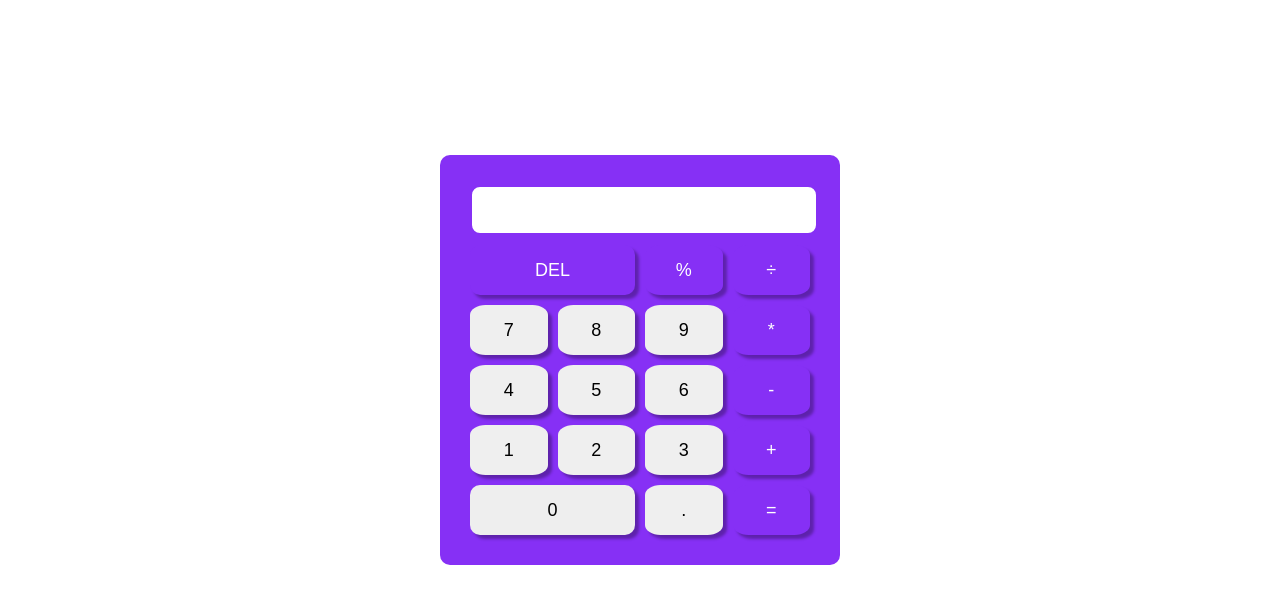
Repository: zlazlazla35/calculator
Page: /
These files come from the project's save history. The page is drawn as it stood at one moment and after the next save; the edit follows.
The browser window is 1280 px wide. The pictures show the whole page.
The project was rebuilt for these pictures with package versions that can differ from the ones it lists, and the page was loaded fresh each time.

Above is the page before, as saved 2024-10-15 16:36:48.

After the next save:
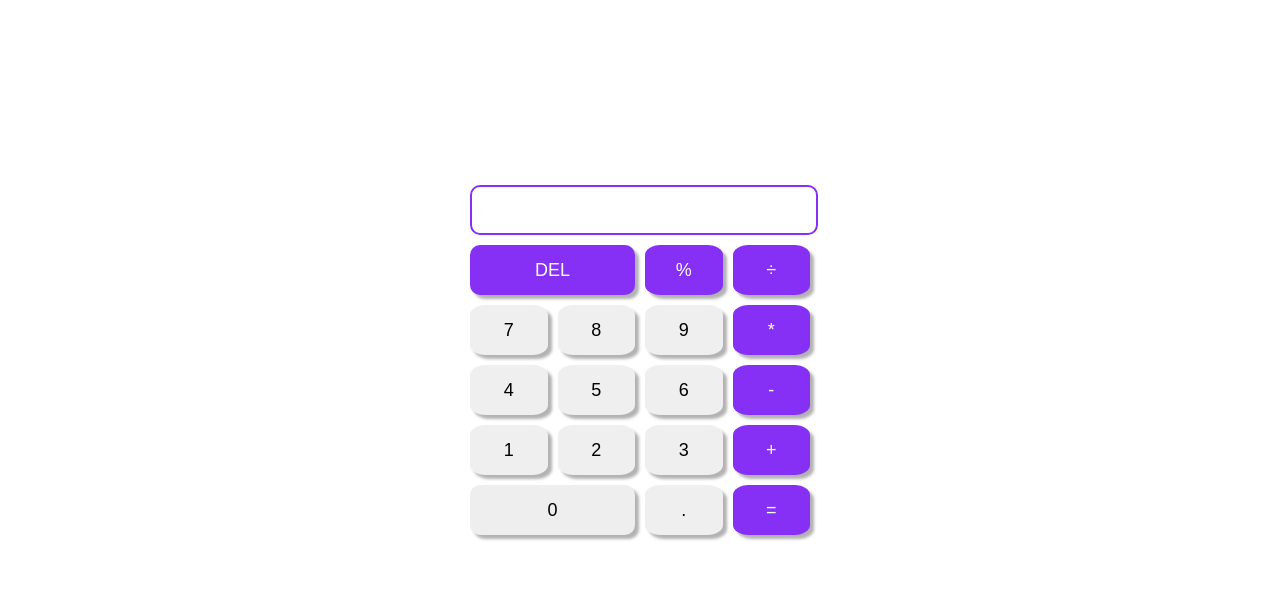
Saved 51 s later.
--- a/src/App.css
+++ b/src/App.css
@@ -37,7 +37,7 @@
   }
 }
 .App {width: 100%; height: 100vh; display: flex; align-items: center; justify-content: center;}
-.contents {width: 100%; max-width: 400px; background: #8630f5;box-sizing: border-box;padding: 30px; border-radius: 10px;}
+.contents {width: 100%; max-width: 400px; background: b6a0ff;box-sizing: border-box;padding: 30px; border-radius: 10px;}
 input {width: 100%; height: 44px; margin-bottom: 10px; border: 2px solid #8630f5; border-radius: 10px;}
 input:focus {outline: #8630f5; }
 .active { box-shadow: 2px 2px 1px rgba(0, 0, 0, 0.3) !important; border: 2px solid #232323; }
